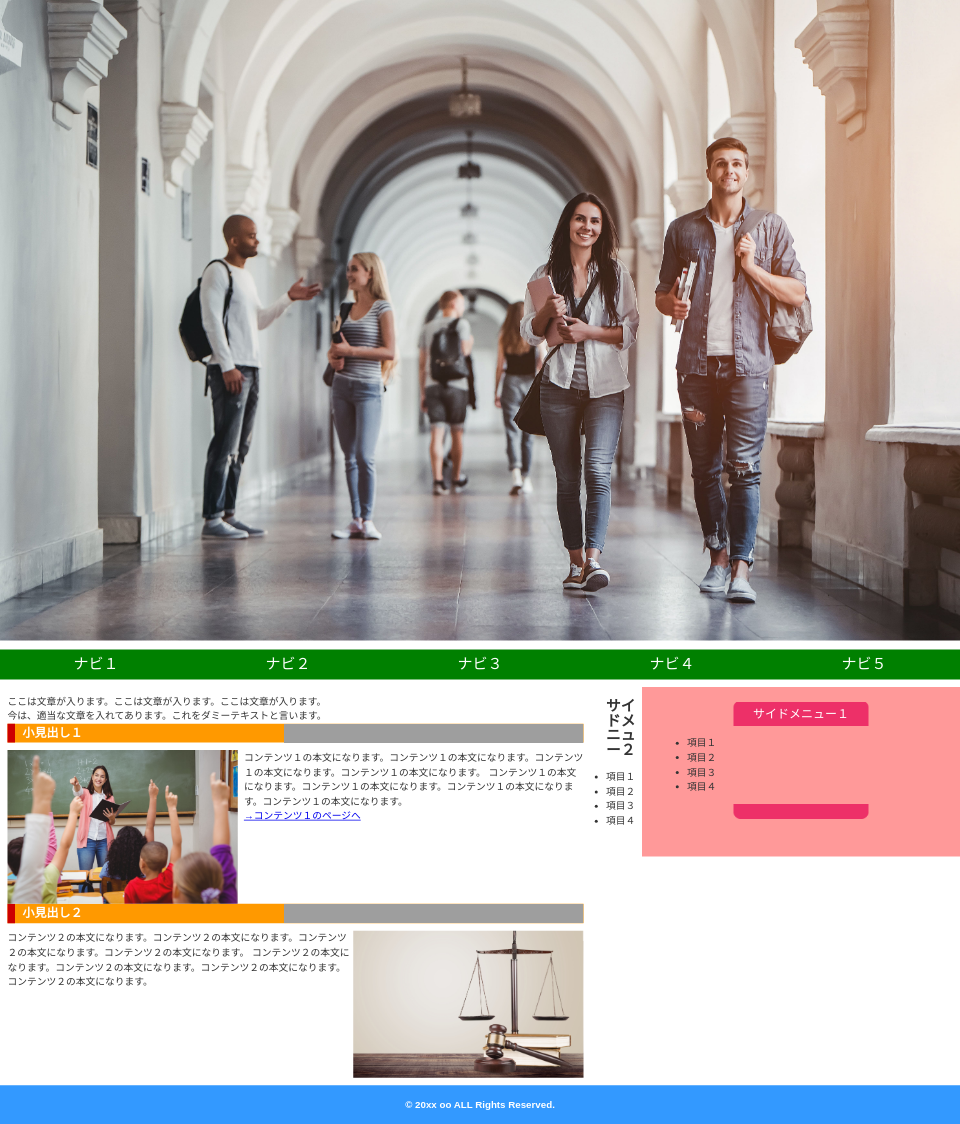
Repository: naoko0513/samurai_HTML-CSS
Page: home.html
The author's editor kept a record of every edit. The page is drawn from the files as they stood at one moment, then again after the next edit.
The browser window is 1280 px wide. The pictures show the whole page, at 75% of full size.
Pictures or frames that could not be fetched are drawn as grey boxes.

Above is the page before.

### home.html
<!DOCTYPE html>
<html lang="ia">
<head>
    <meta charset="UTF-8">
    <title>HTML/CSSの学習</title>
    <link rel="stylesheet"href="stylesheet.css">
</head>
 <body>
    <div id="header">
        <h1><a href="index.html"><img id="corridor" src="images/corridor.jpg" alt="大学の廊下"/></a></h1>
    </div>
  <div id="wrapper">
      <div id="nav">
          <ul>
              <li><a href="home.html">ナビ１</a></li>
              <li><a href="#">ナビ２</a></li>
              <li><a href="#">ナビ３</a></li>
              <li><a href="#">ナビ４</a></li>
              <li><a href="#">ナビ５</a></li>
          </ul>
      </div>
    </div>
        <div id="container">
         <div  id="main">
           <div class="post clearfix">
            <p>ここは文章が入ります。ここは文章が入ります。ここは文章が入ります。<br />今は、適当な文章を入れてあります。これをダミーテキストと言います。</p>
           </div>
          <div class="post clearfix">
            <h2>小見出し１</h2>
            <img class="left"src="images/classroom.jpg"alt="授業風景"/>
            <p>
                コンテンツ１の本文になります。コンテンツ１の本文になります。コンテンツ１の本文になります。コンテンツ１の本文になります。
                コンテンツ１の本文になります。コンテンツ１の本文になります。コンテンツ１の本文になります。コンテンツ１の本文になります。
            </p>
            <p><a href="#">→コンテンツ１のページへ</a></p>
          </div>
          <div class="post clearfix">
            <h2>小見出し２</h2>
            <img class="right" src="images/scale.jpg" alt="天秤"/>
            <p>
                コンテンツ２の本文になります。コンテンツ２の本文になります。コンテンツ２の本文になります。コンテンツ２の本文になります。
                コンテンツ２の本文になります。コンテンツ２の本文になります。コンテンツ２の本文になります。コンテンツ２の本文になります。
            </p>
          </div>
        </div>
    </div>
     <div id="side">
         <div class="box">
             <h2>サイドメニュー１</h2>
             <div class="boxBoddy">
                 <ul>
                     <li>項目１</li>
                     <li>項目２</li>
                     <li>項目３</li>
                     <li>項目４</li>
                 </ul>
             </div>
         </div>
     </div>
     <div class="box">
         <h2>サイドメニュー２</h2>
         <div class="boxBody">
             <ul>
                 <li>項目１</li>
                 <li>項目２</li>
                 <li>項目３</li>
                 <li>項目４</li>
             </ul>
         </div>
     </div>
    <div id="footer">
        <p>&copy; 20xx oo ALL Rights Reserved.</p>
    </div>
 </body>
</html>

### stylesheet.css
@charset"utf-8";

body {

    margin: 0;
    padding: 0;
    font-family:"ヒラギノ角ゴ　Pro W3","Hiragino Kaku Gothic Pro","メイリオ",Meiryo,Osaka,"MS Pゴシック","MSPGothic",sans-serif;
    color: #333;
    font-size: 13px;
    line-height: 150%;
}

#wrapper {
    width: 100%;
    margin: auto;
    padding: 0px;
    border: 0px;
    background-color: #FFF;
    top: 10px;
    position: relative;
}


 #header {
 	width: 100%;
 }
 #header h1 {
 	 margin: 0;
	 padding: 0;
 }
 #corridor {
	 width: 100%;
	 height: auto;
 }

 #footer {
    clear: both;
    width: 100%;
    padding: 3px 0 3px 0;
    background: #39F;
    color: #FFF;
    font-weight: bold;
    text-align: center;
 }

 #nav {
     width: 100%;
 }

 #nav ul {
     margin: 0;
     padding: 0;
     list-style-type: none;
 }

 #nav ul li {
     float: left;
     width: 20%;
     text-align: center;
 }

 #nav ul li a {
     display: block;
     height: 20px;
     margin: 0;
     padding: 10px;
     color: #FFF;
     font-size: 20px;
     text-decoration: none;
     background-color: green;
 }

 #nav ul li a:hover {
     filter: drop-shadow(10px 10px 10px block);
 }

/*------------------container----------------*/
 #container{
     width: 100%;
     margin: auto ;
     padding: auto;
     padding-top:20px;
     clear: both;
 }
/*------------------main-------------------*/
#main{
    float: left;
    width: 60%;
    padding: 10px 30px 10px 10px;
}
#main h2{
    margin:0 0 10px 0;
    padding: 3px 10px 3px 10px;
    color: #FFF;
    font-size: 16px;
    border-left: solid 10px #C00;
    background: #F90 url(../images/main_h2.jpg)right top repeat-y;
}

#main p {
    margin: 0;
    padding: 0;
}
#main.post{
    margin: 0 0 30px 0;
}
#main.post img.right {
    margin: 0 0 0 8px;
}
#main .post img.left{
    margin: 0 8px 0 0;
}
.right {
    float: right;
    width: 40%;
    height: auto;
}
.left {
    float: left;
    width: 40%;
    height: auto;
}
/*------------------------clearfix-----------------------*/
.clearfix {
    zoom: 1;
}
.clearfix:after{
    content: "";
    display: block;
    clear: both;
}

/*------------------------side-------------------------*/
#side {
    float: right;
    width: 30%;
    padding: 20px;
    background-color: #F99;
}
#side .box {
    margin: 0 auto 30px auto;
    padding: 0 0 20px 0;
    background: url(images/side_box.png) bottom no-repeat;
}
#side .box h2{
    margin: 0;
    padding: 8px;
    text-align: center;
    color: #fff;
    font-size: 16px;
    line-height: 16px;
    font-weight: normal;
    background: url(images/side_box_h2.png)center no-repeat;
}
#side .box .boxBody {
    padding: 8px;
    border-right: solid 1px #C36;
    border-bottom: solid 1px #C36;
    border-left: solid 1px #C36;
    background: #fff;
}
#side .box .boxBody ul {
    margin: 0 0 16px 0;
    padding: 0;
}
#side .box .boxBody ul li {
    padding: 8px 0 8px 4px;
    list-style: none;
    border-bottom: solid 1px #C36;
}

#side .box .boxBody ul li:hover {
    padding:  8px 0 8px 4px;
    list-style: none;
    border-bottom: solid 1px #C36;
    box-shadow: 0px 4px 4px rgba(0,0,0,0.3);
}

After the next edit:
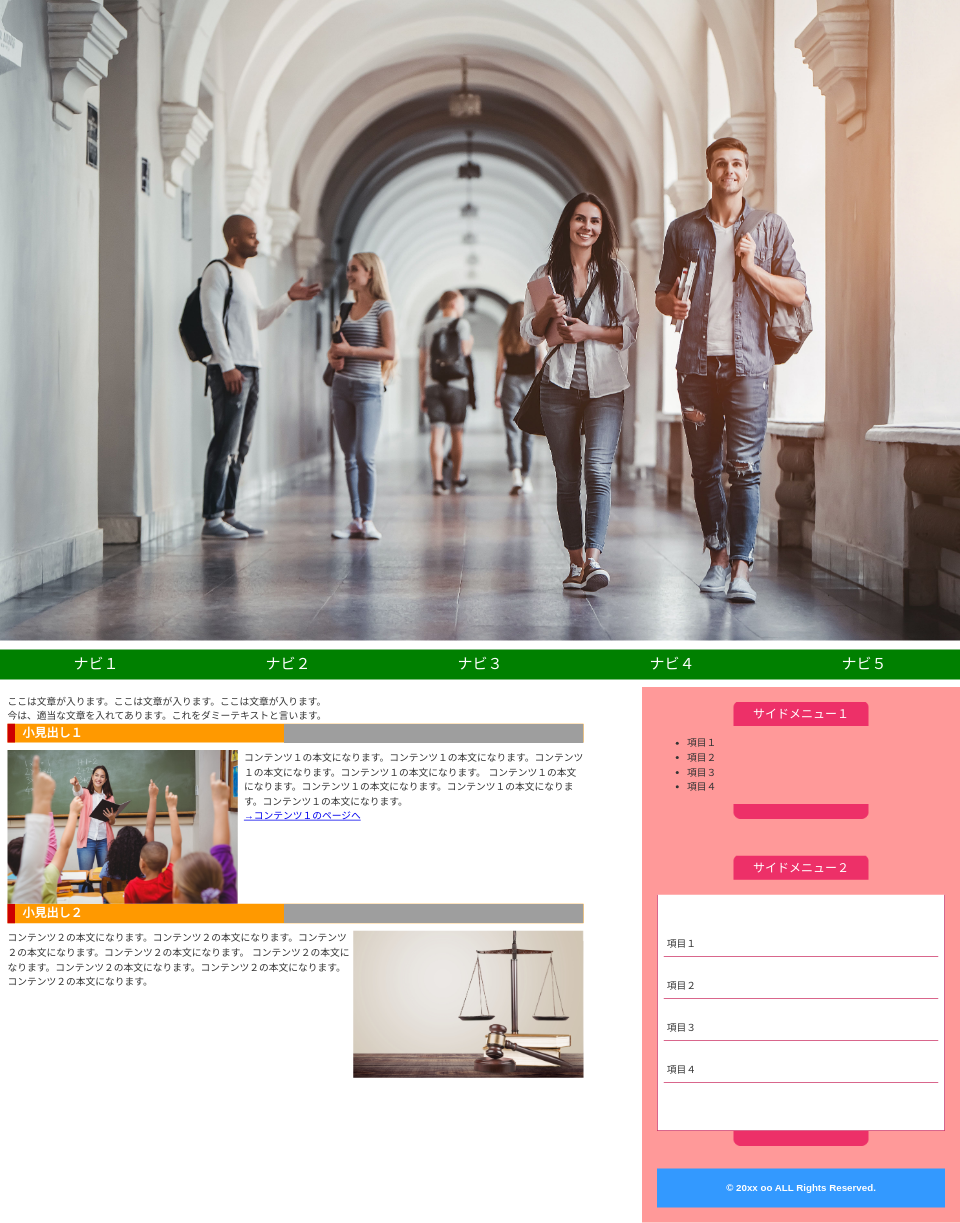
The edit:
--- a/home.html
+++ b/home.html
@@ -56,17 +56,16 @@
                  </ul>
              </div>
          </div>
-     </div>
      <div class="box">
-         <h2>サイドメニュー２</h2>
-         <div class="boxBody">
-             <ul>
-                 <li>項目１</li>
-                 <li>項目２</li>
-                 <li>項目３</li>
-                 <li>項目４</li>
-             </ul>
-         </div>
+        　 <h2>サイドメニュー２</h2>
+         　<div class="boxBody">
+             　<ul>
+                 　<li>項目１</li>
+                 　<li>項目２</li>
+                 　<li>項目３</li>
+                 　<li>項目４</li>
+             　</ul>
+         　</div>
      </div>
     <div id="footer">
         <p>&copy; 20xx oo ALL Rights Reserved.</p>
